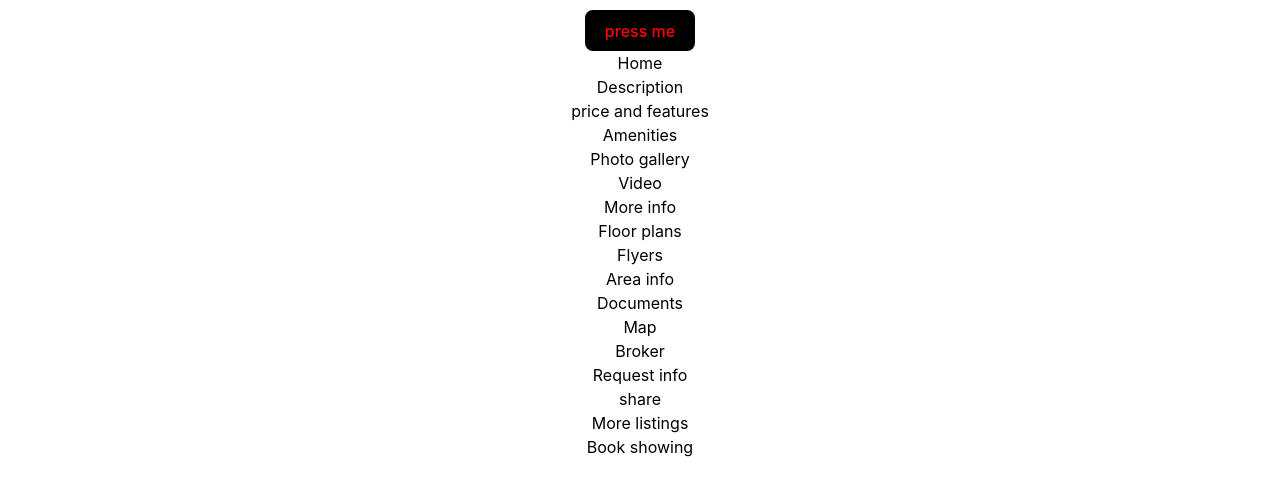
Repository: TMuse333/real-estate-landingpage
Page: /
These files come from the project's save history. The page is drawn as it stood at one moment and after the next save; the edit follows.
The browser window is 1280 px wide. The pictures show the whole page.
The project was rebuilt for these pictures with package versions that can differ from the ones it lists, and the page was loaded fresh each time. Also part of the build but not shown: vite.config.js.

Above is the page before, as saved 2023-09-19 16:32:59.

After the next save:
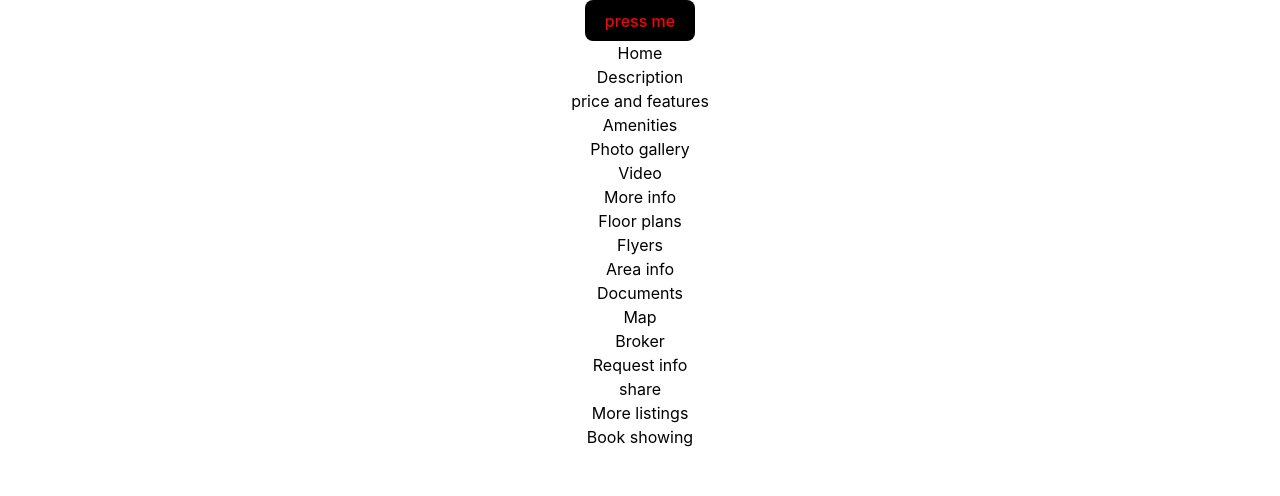
Saved 5 s later.
--- a/src/App.css
+++ b/src/App.css
@@ -34,7 +34,7 @@ padding: 0;
 
 .list-container {
   position: absolute;
-  top:10px;
+  top:0px;
   display: flex;
   flex-direction: column;
   align-items: center;
